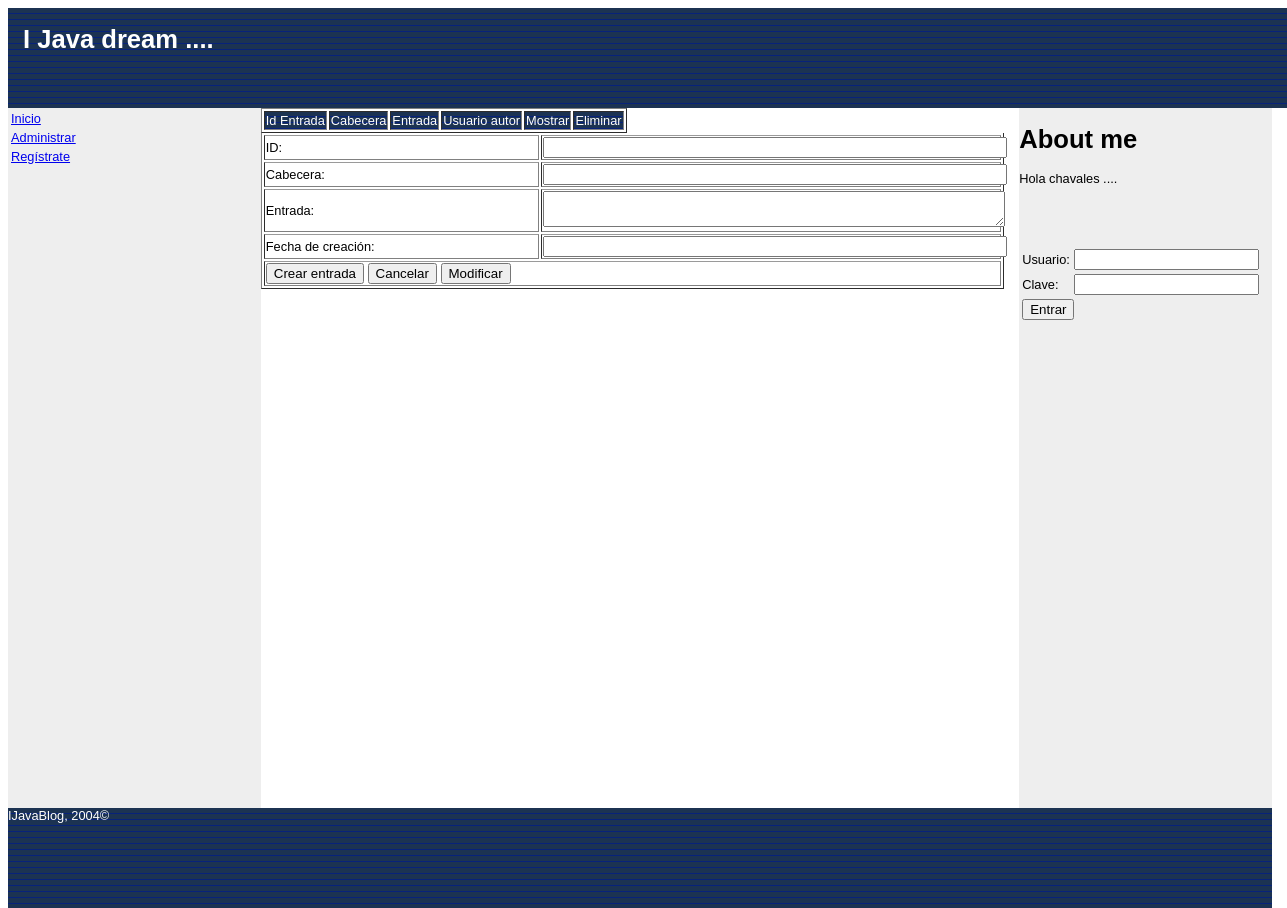
Repository: alruis/IJavaDreamBlog
Page: http://localhost/IJavaBlog/jsp/blog/inicio.jsp
The author's editor kept a copy of each file at every save. The page is drawn from the files as they stood at one save, then again after the next save.
The browser window is 1280 px wide. The page is 1287 px wide, so the pictures cover 1287 px, including what lies to the right of the window. The pictures show the whole page.
The page is served by Tomcat 9. Nobody is signed in. The application's start-up code is not run. The template is opened directly, without the code that normally fills it, so the values that code supplies are empty.

Above is the page before, as saved 2014-09-26 14:25:03.
Console error: ReferenceError: init is not defined

After the next save:
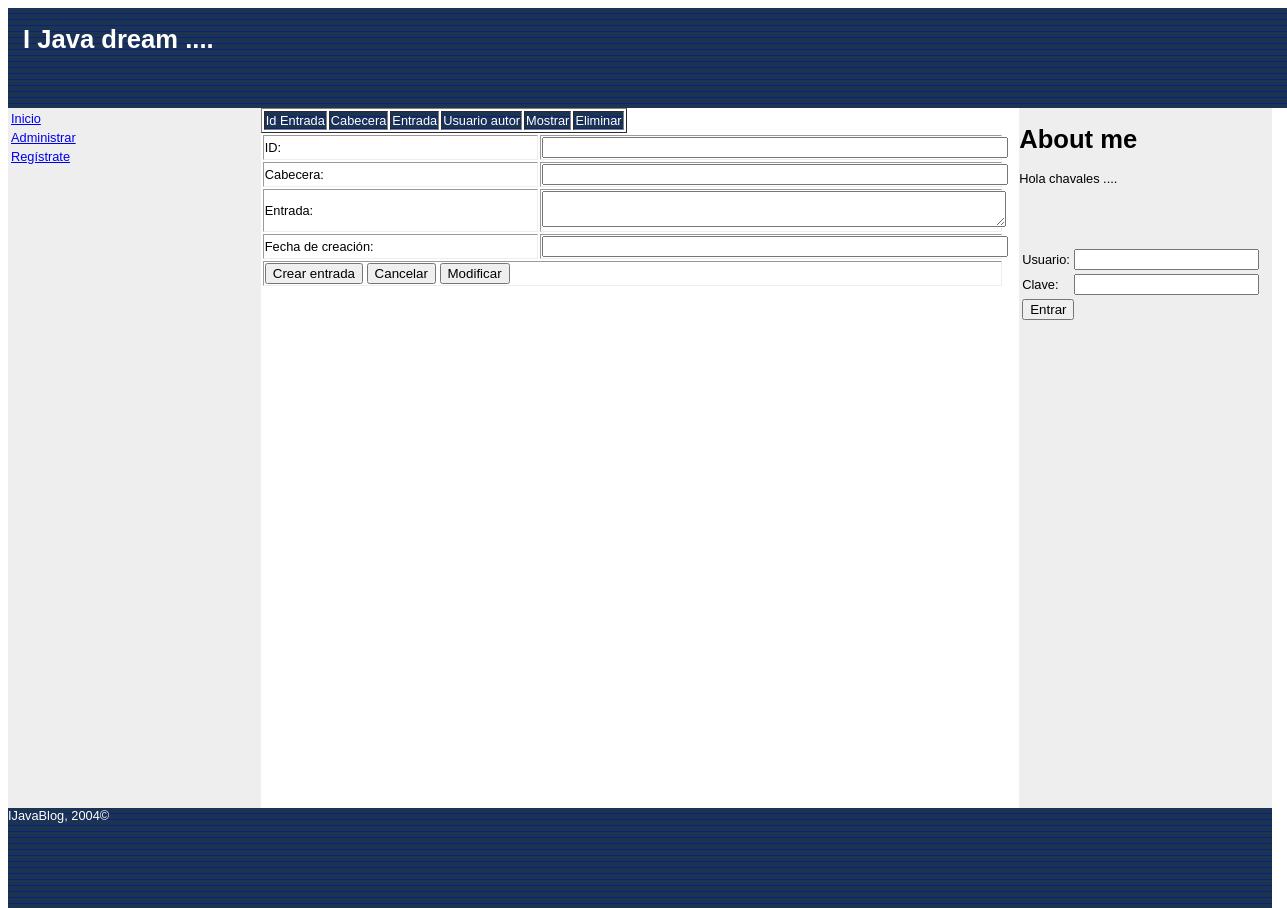
Saved 39 s later.
--- a/IJavaBlog/WebContent/jsp/blog/inicio.jsp
+++ b/IJavaBlog/WebContent/jsp/blog/inicio.jsp
@@ -103,7 +103,7 @@
 
 	<!--   <h1>Crear entrada</h1> -->
 	<form:form action="agregarEntrada.blog" commandName="entradaForm" method="post">
-		<table style="width: 98%;border-top: thin;" border=1>
+		<table style="width: 98%;border-top: thin;border-bottom: thin;border-left: thin;border-right: thin;" border=1>
 		<tr>
 				<td>ID:</td>
 				<td><form:input path="idEntrada" readonly="true" cssStyle="width:100%"/> </td>
